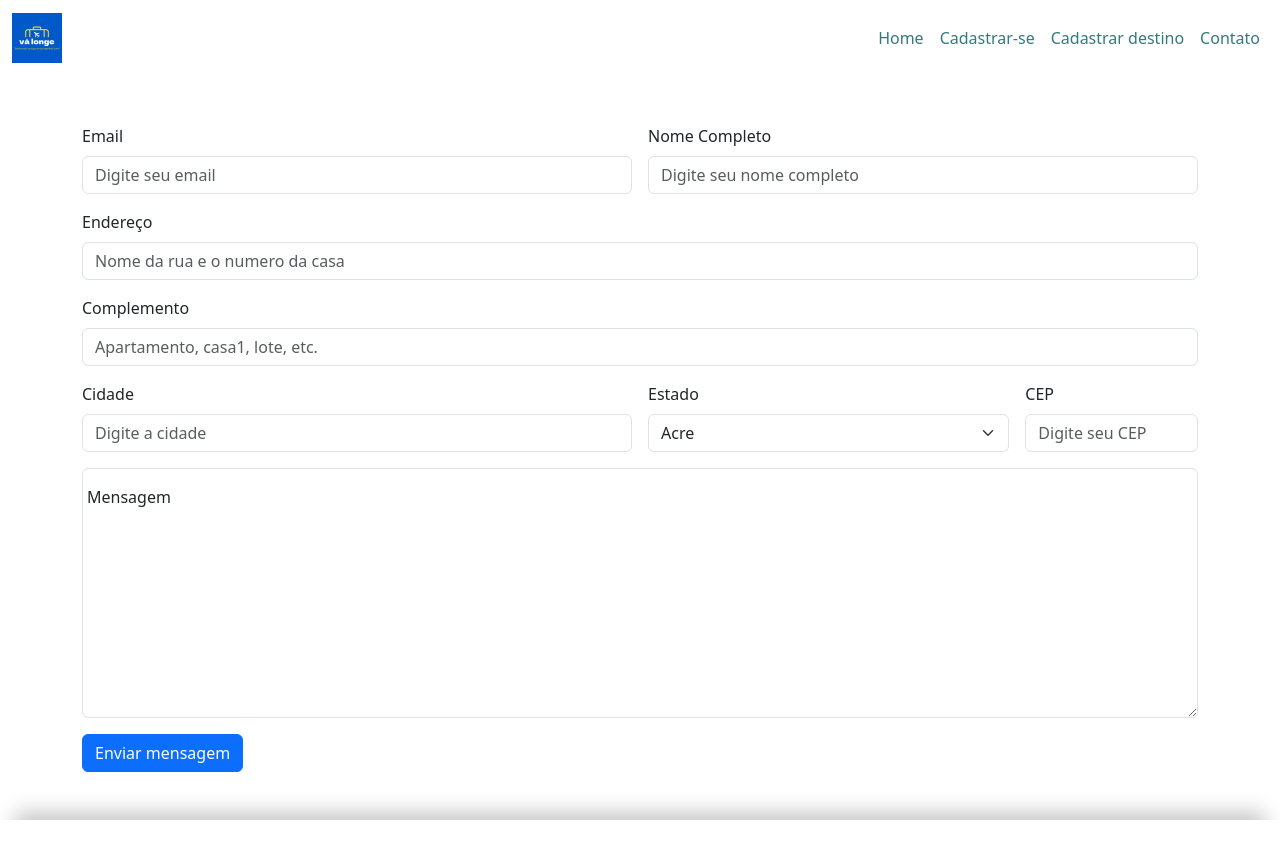
Repository: MaiconNunes315/Entrega_Recode_4
Page: Valonge/src/main/webapp/contact.html
An editor plug-in stored every save of this project. The page is shown before and after the next save, followed by the edit.
The browser window is 1280 px wide. The pictures show the part of the page from y = 0 to 848 px (the page is 1218 px tall).
A picture or video elsewhere on the page could not be fetched, so the positions and the page height are approximate. Some web fonts or font styles are not loaded; a fallback is used.

Above is the page before, as saved 2023-11-05 19:11:25.

After the next save:
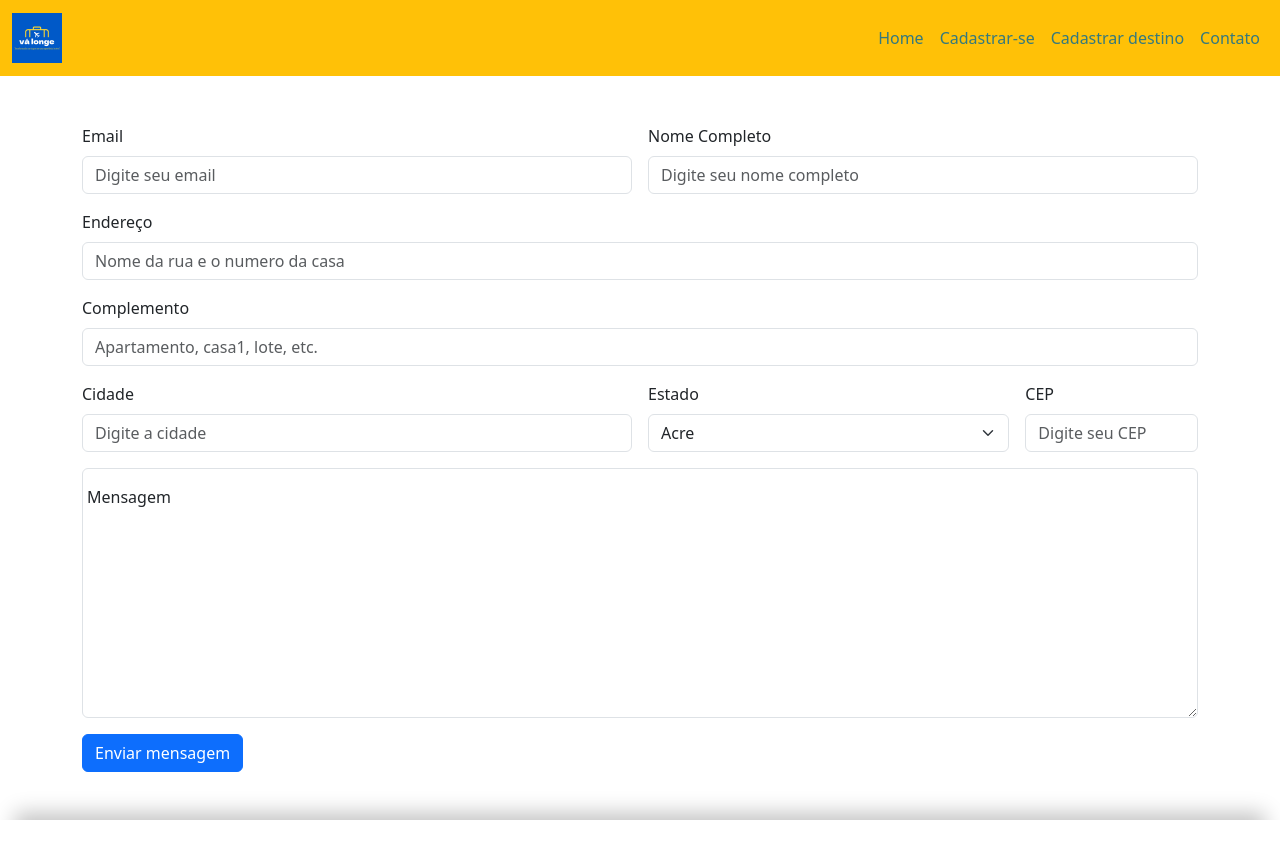
Saved 6 s later.
--- a/Valonge/src/main/webapp/contact.html
+++ b/Valonge/src/main/webapp/contact.html
@@ -19,7 +19,7 @@
     <!-- Criando o cabeçalho -->
 
       <header>
-        <nav class="navbar navbar-expand-lg" data-bs-theme="dark">
+        <nav class="navbar navbar-expand-lg bg-warning" data-bs-theme="dark">
             <div class="container-fluid">
                 <a class="navbar-brand" href="index.jsp"><img src="assets/images/logo.png" alt="logo va longe"></a>
                 <button class="navbar-toggler" type="button" data-bs-toggle="collapse"
